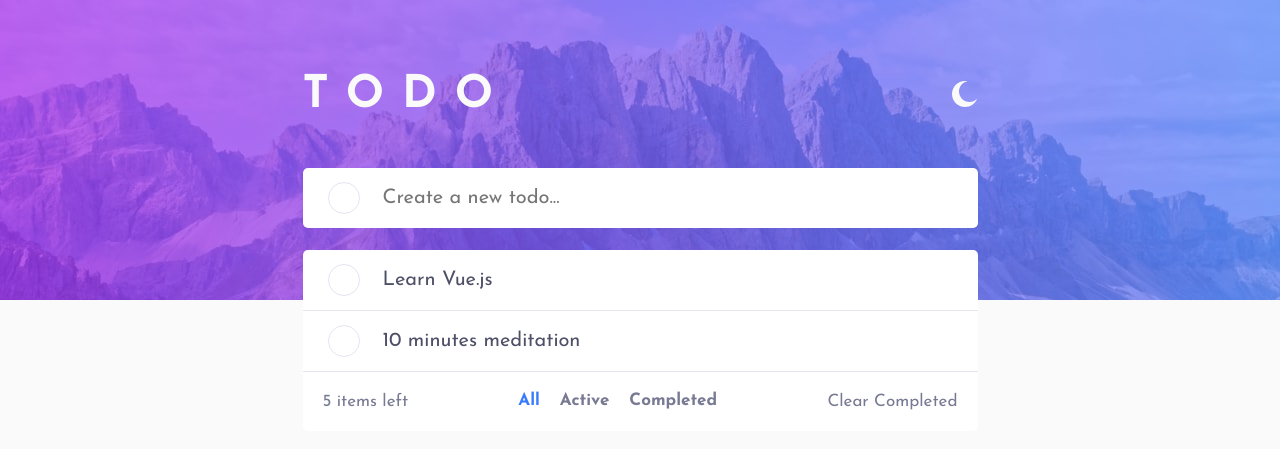
Repository: tomas938/todo-app
Page: /
An editor plug-in stored every save of this project. The page is shown before and after the next save, followed by the edit.
The browser window is 1280 px wide. The pictures show the whole page.
The project was rebuilt for these pictures with package versions that can differ from the ones it lists, and the page was loaded fresh each time.

Above is the page before, as saved 2021-08-18 12:19:47.

After the next save:
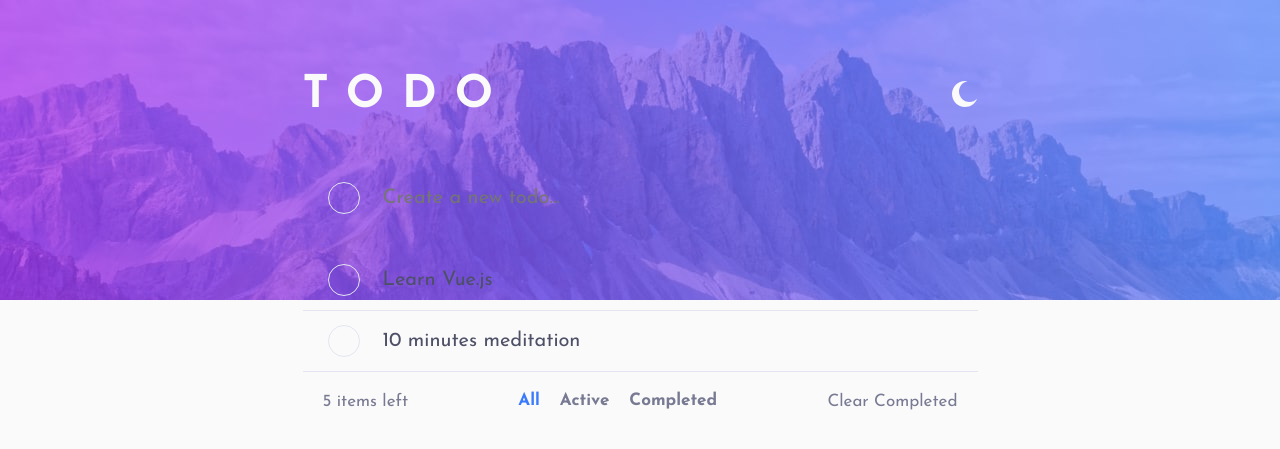
Saved 2 min 37 s later.
--- a/src/App.vue
+++ b/src/App.vue
@@ -12,6 +12,7 @@
 		--todo-border: hsl(237, 14%, 26%);
 	}
 	.light {
+		--bg-image:
 		--items-bg-color: hsl(0, 0%, 100%);
 		--body-bg: hsl(0, 0%, 98%);
 		--todo-text: hsl(233, 14%, 35%);

After the 2 saves that followed:
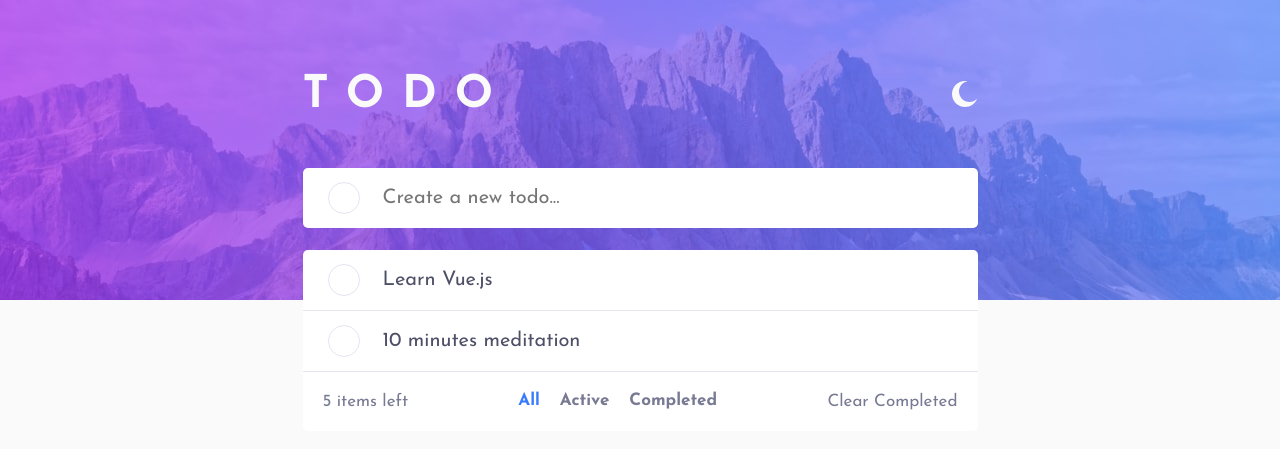
The 2 saves are shown as one change because 1 left the picture as it was.
The last was saved 22 s later.
--- a/src/App.vue
+++ b/src/App.vue
@@ -12,7 +12,7 @@
 		--todo-border: hsl(237, 14%, 26%);
 	}
 	.light {
-		--bg-image:
+		--bg-image: url(../assets/bg-desktop-light.jpg);
 		--items-bg-color: hsl(0, 0%, 100%);
 		--body-bg: hsl(0, 0%, 98%);
 		--todo-text: hsl(233, 14%, 35%);
